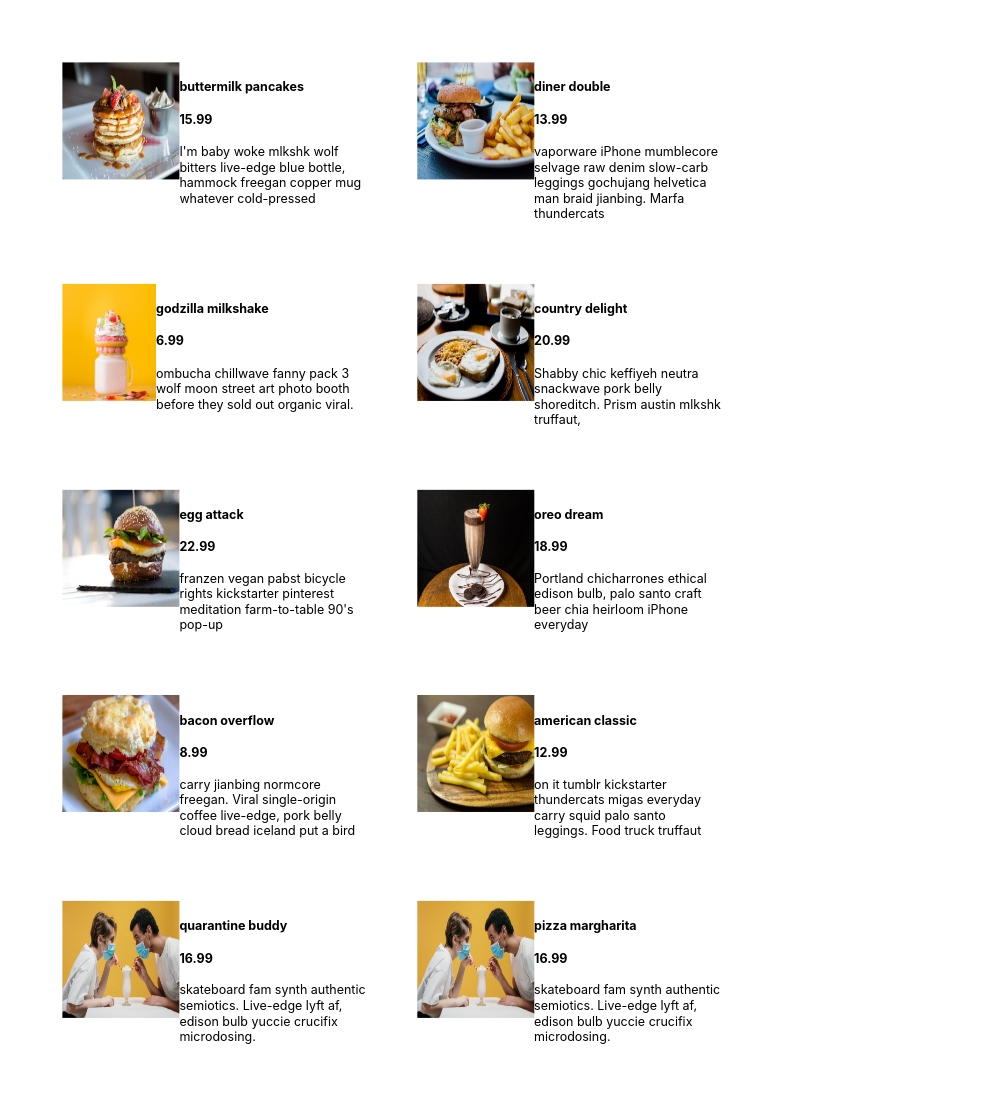
Repository: gligor99/menu-ts-react
Page: /
An editor plug-in stored every save of this project. The page is shown before and after the next save, followed by the edit.
The browser window is 1280 px wide. The pictures show the whole page, at 78% of full size.
The project was rebuilt for these pictures with package versions that can differ from the ones it lists, and the page was loaded fresh each time.

Above is the page before, as saved 2021-11-24 22:59:17.

After the next save:
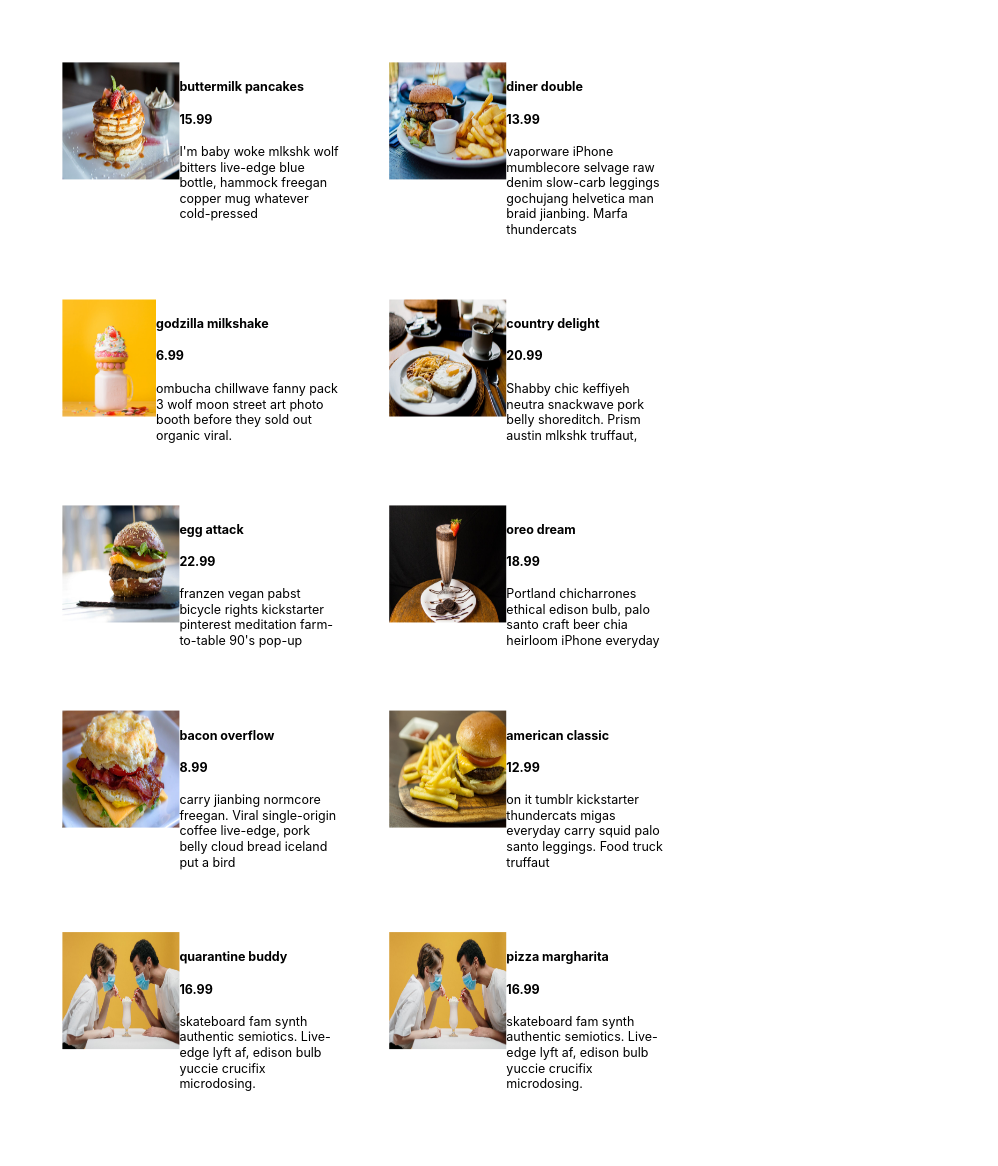
Saved 5 s later.
--- a/src/index.css
+++ b/src/index.css
@@ -25,7 +25,7 @@ code {
   padding: 2em;
   display: flex;
   flex-direction: row;
-  width: 33%;
+  width: 30%;
 }
 
 
